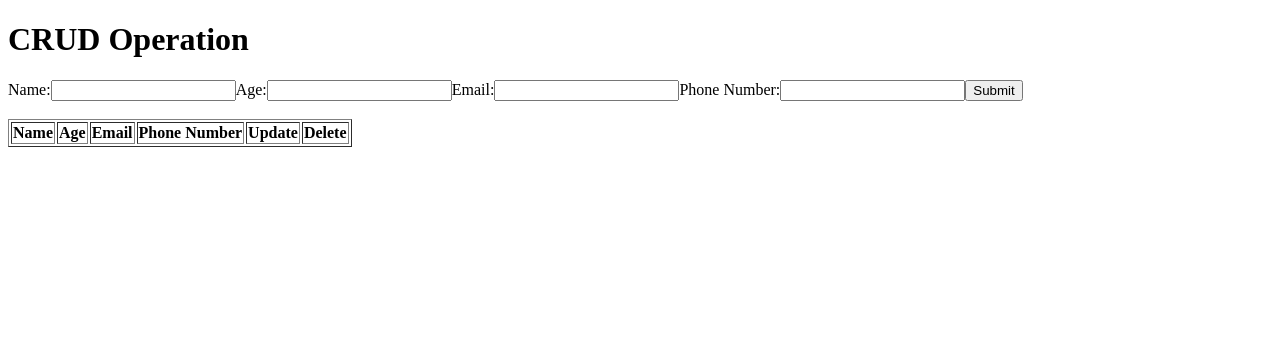
Repository: Josephkennedy603/CRUD-Operation
Page: /
An editor plug-in stored every save of this project. The page is shown before and after the next save, followed by the edit.
The browser window is 1280 px wide. The pictures show the whole page.
The page's requests for data from a server got no answer. The project was rebuilt for these pictures with package versions that can differ from the ones it lists, and the page was loaded fresh each time. No one was signed in, and anything a server would have sent is missing. Also part of the build but not shown: src/index.css, src/interview.jsx.

Above is the page before, as saved 2024-03-14 01:49:21.

After the next save:
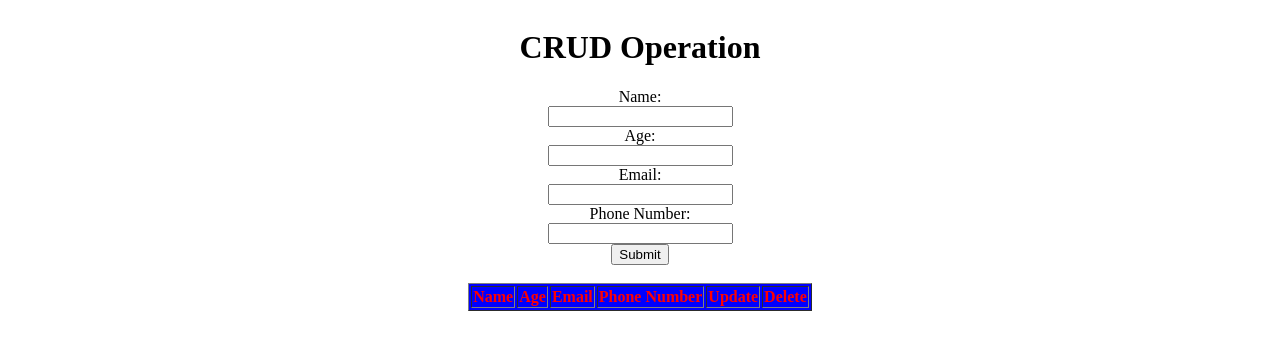
Saved 18 s later.
--- a/src/App.css
+++ b/src/App.css
@@ -1,9 +1,10 @@
 .main-container {
-  /* display: flex;
+  display: flex;
   flex-direction: column;
   justify-content: center;
   align-items: center;
 
+  /* height: 100vh; */
 }
 
 .main-container form {
